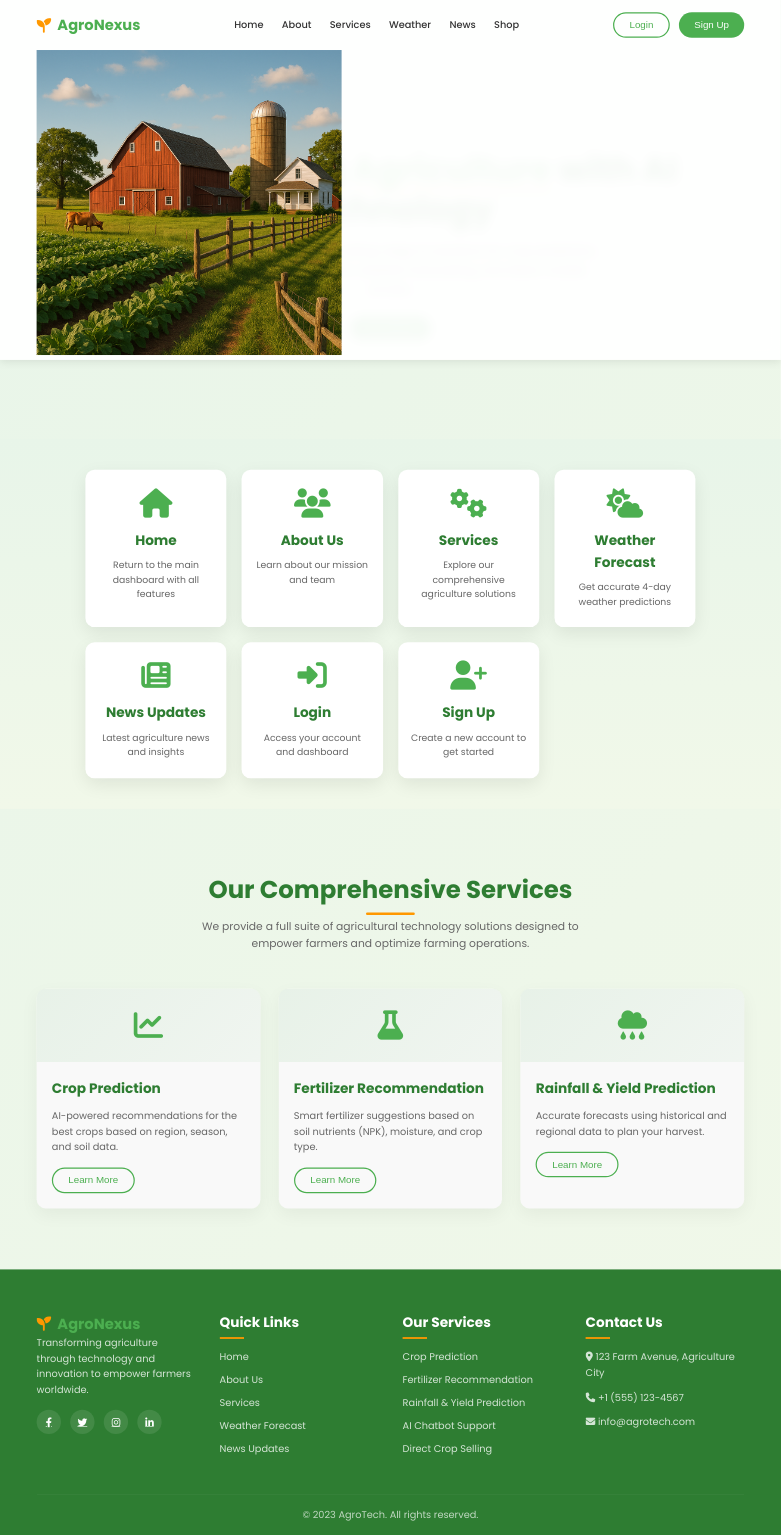
Repository: Sanika-ce/AgroNexus
Page: home.html
An editor plug-in stored every save of this project. The page is shown before and after the next save, followed by the edit.
The browser window is 1280 px wide. The pictures show the whole page, at 61% of full size.

Above is the page before, as saved 2025-08-02 14:59:24.

After the next save:
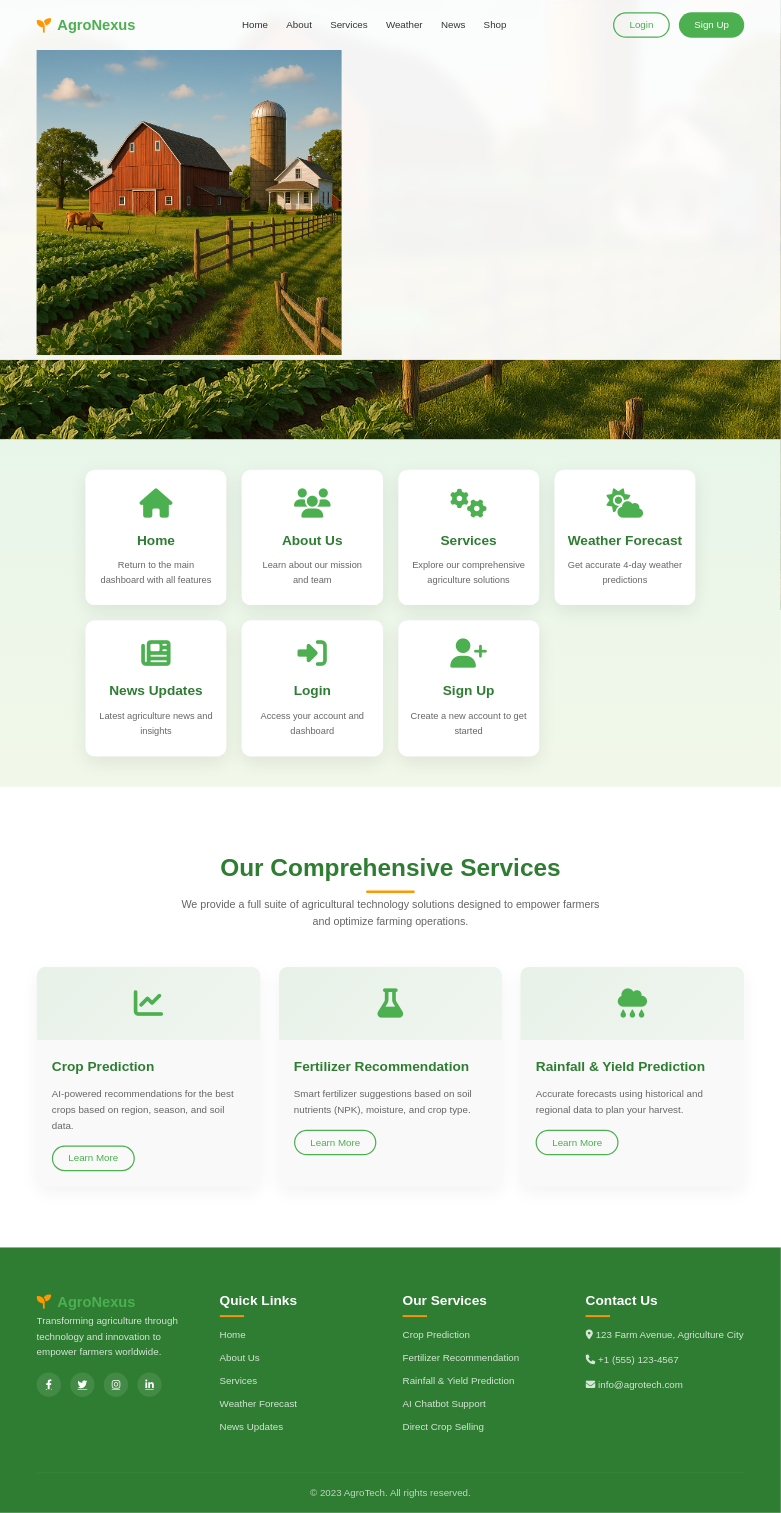
Saved 2 min 9 s later.
--- a/home.css
+++ b/home.css
@@ -22,6 +22,17 @@
             color: var(--text);
             overflow-x: hidden;
             line-height: 1.6;
+             background-image: url('image/agro.png');
+             background-size: cover;         /* Scales image to cover the screen */
+             background-position: center;    /* Centers the image */
+             background-repeat: no-repeat;   /* Prevents tiling */
+             height: 100vh;                  /* Ensures full viewport height */
+             margin: 0;
+             font-family: Arial, sans-serif;
+
+
+
+
         }
 
         .container {
